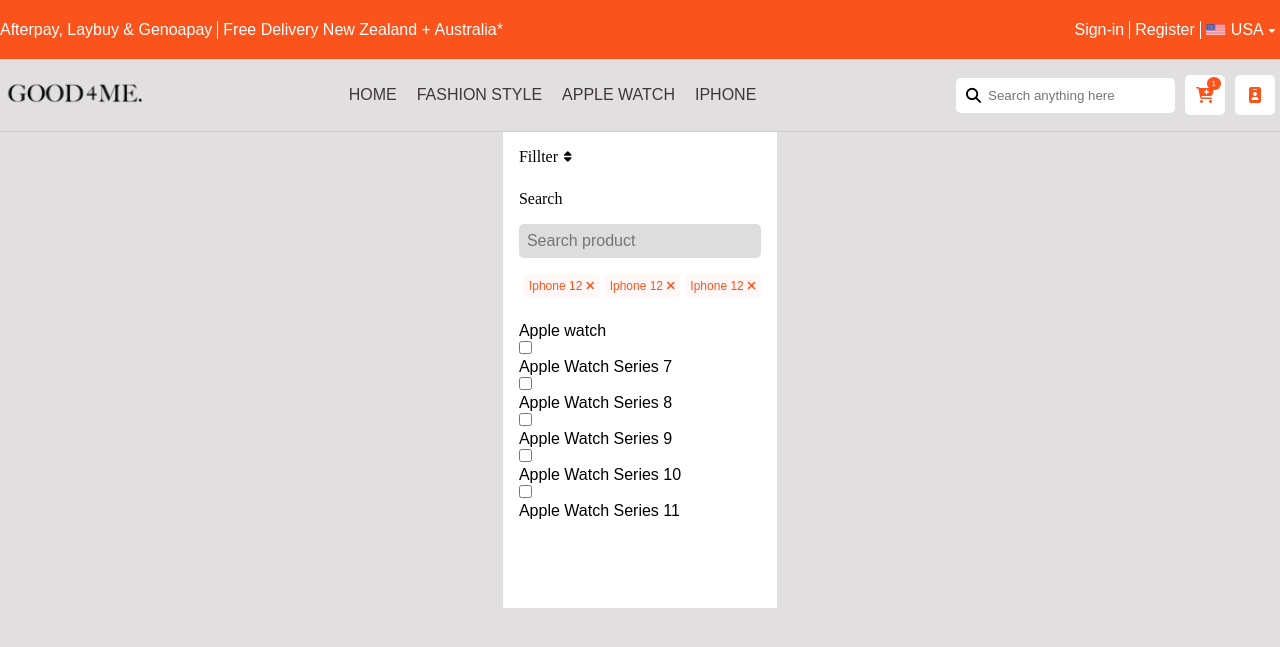
Repository: Ngoc28/Shoppe-web
Page: html/category.html
These files come from the project's save history. The page is drawn as it stood at one moment and after the next save; the edit follows.
The browser window is 1280 px wide. The pictures show the whole page.
Some web fonts or font styles are not loaded; a fallback is used.

Above is the page before, as saved 2023-08-08 14:18:05.

After the next save:
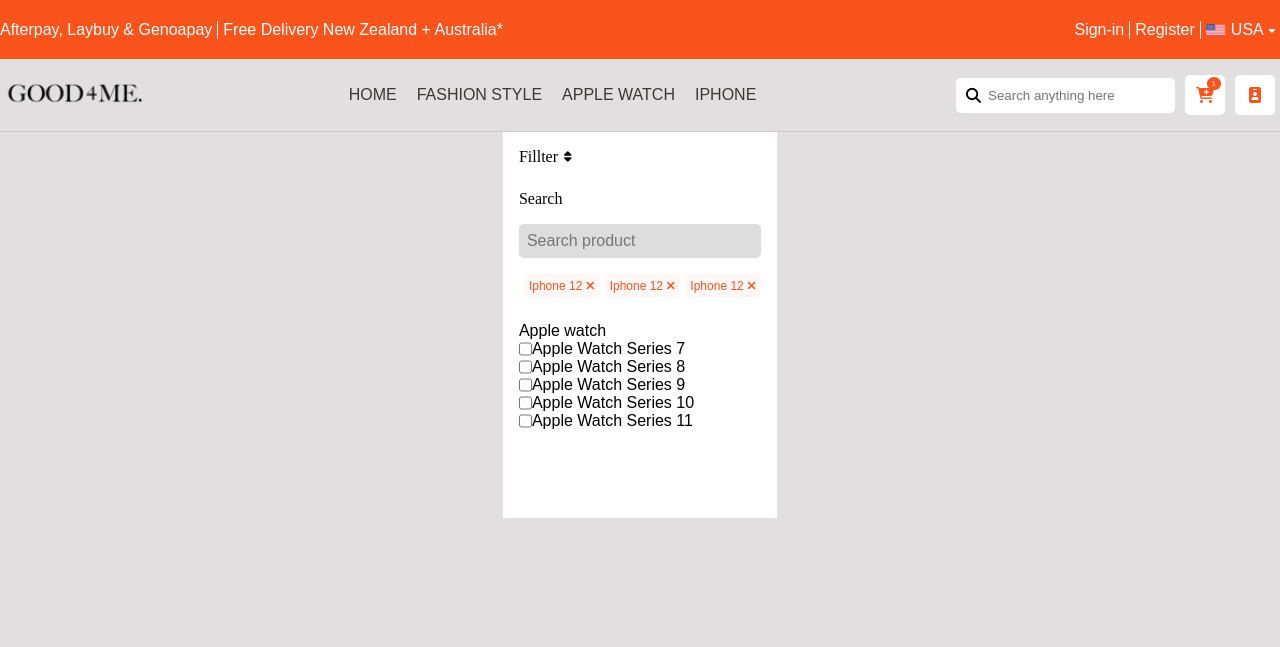
Saved 29 s later.
--- a/accest/css/category.css
+++ b/accest/css/category.css
@@ -80,3 +80,7 @@
     display: flex;
     flex-direction: column;
 }
+
+.container-nav-check-item {
+    display: flex;
+}
